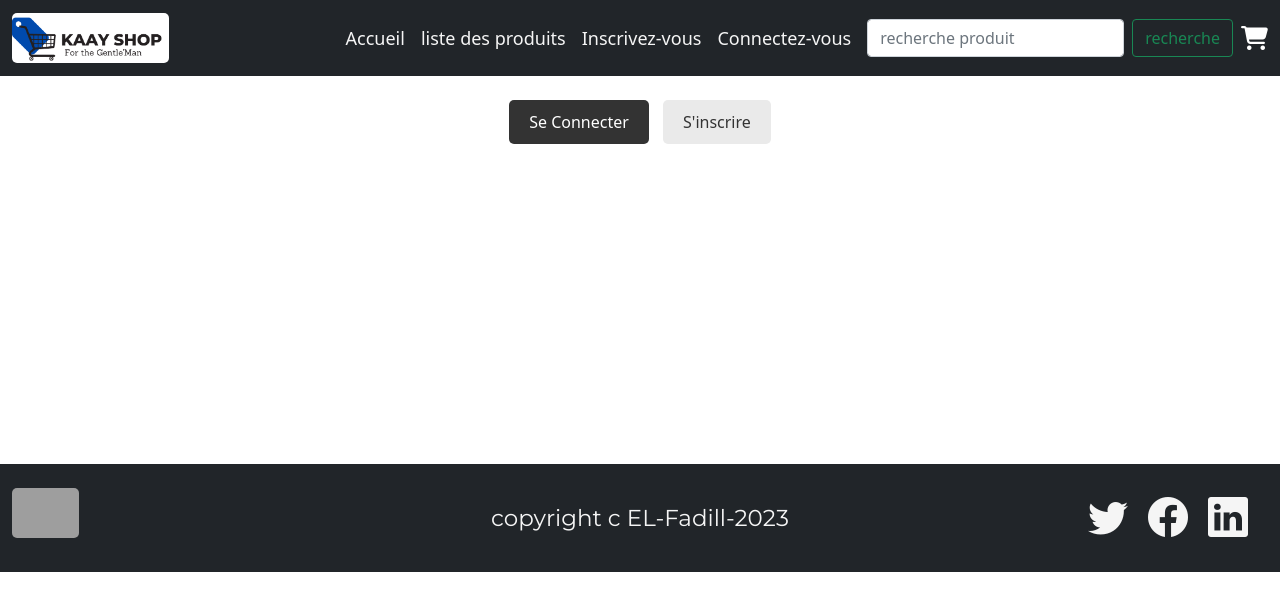
Repository: wadelfadill/Mini_projet_bootstrap_Site_vente_online
Page: registration.html
An editor plug-in stored every save of this project. The page is shown before and after the next save, followed by the edit.
The browser window is 1280 px wide. The pictures show the whole page.
Pictures or frames that could not be fetched are drawn as grey boxes. Some web libraries are served in a nearby version.

Above is the page before, as saved 2023-05-18 23:18:58.

After the next save:
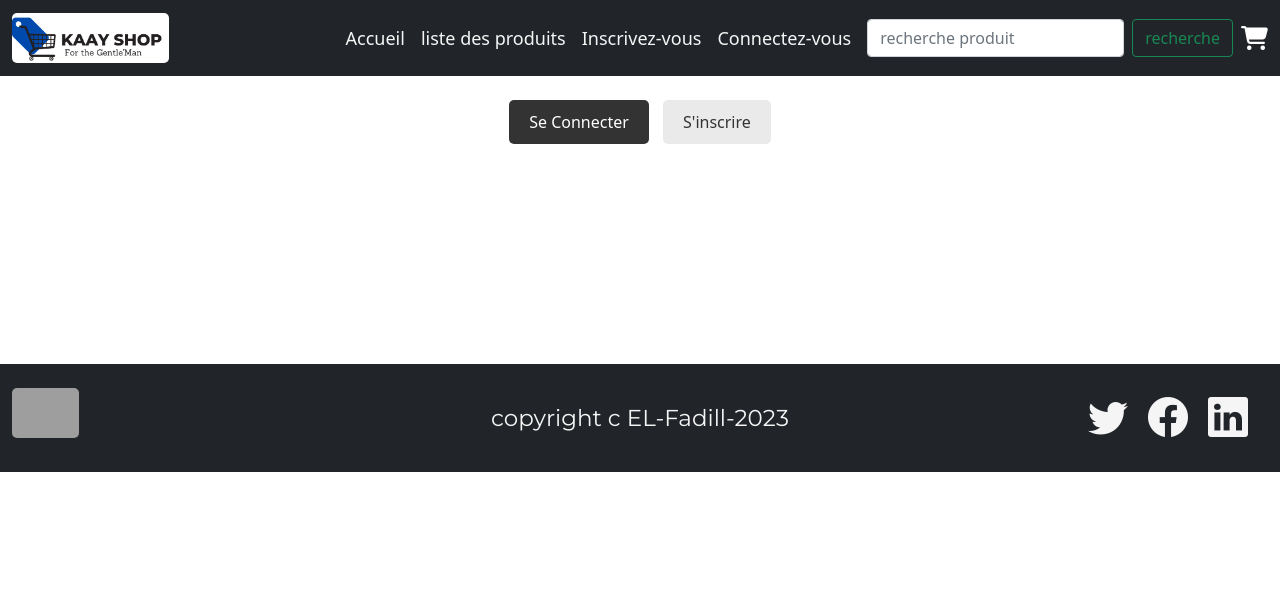
Saved 38 s later.
--- a/assets/css/registration_style.css
+++ b/assets/css/registration_style.css
@@ -1,6 +1,6 @@
 main{
     margin-top: 100px;
-    margin-bottom: 300px;
+    margin-bottom: 200px;
 }
 .container {
     display: flex;
